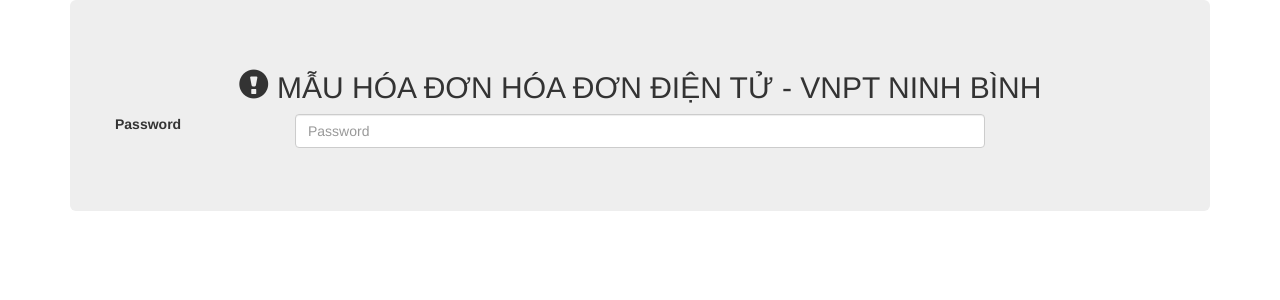
Repository: hoadonvnptninhbinh/hoadonvnptninhbinh
Page: index.html
An editor plug-in stored every save of this project. The page is shown before and after the next save, followed by the edit.
The browser window is 1280 px wide. The pictures show the whole page.

Above is the page before, as saved 2020-04-07 14:23:59.

After the next save:
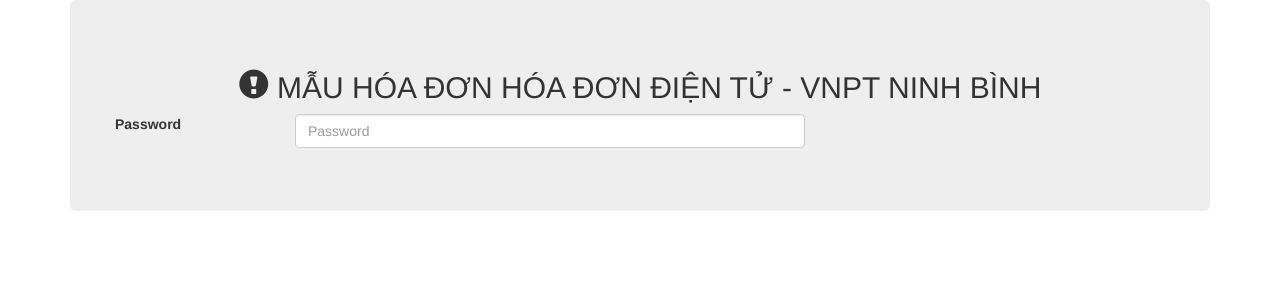
Saved 4 s later.
--- a/index.html
+++ b/index.html
@@ -19,7 +19,7 @@
             <div class="row">
                 <div class="form-group row">
                     <label for="inputPassword" class="col-sm-2 col-form-label">Password</label>
-                    <div class="col-sm-8">
+                    <div class="col-sm-6">
                       <input type="password" class="form-control" id="inputPassword" placeholder="Password">
                     </div>
                 </div>
